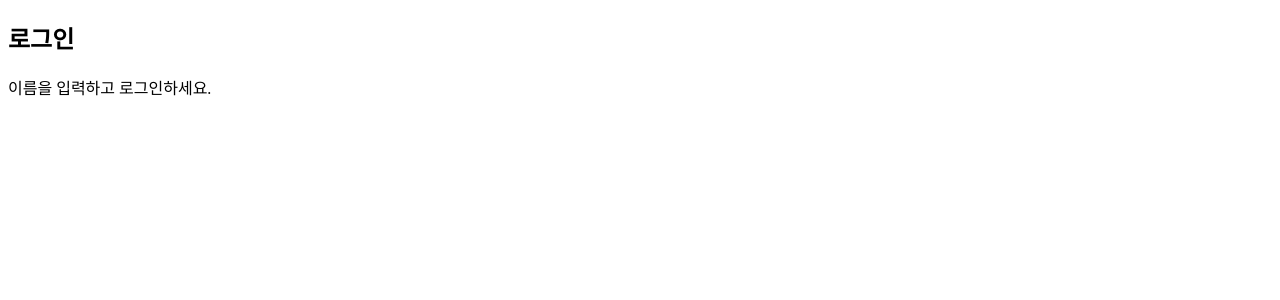
Repository: BancaKim/teamproject4
Page: http://localhost/JSP0503/session/login.jsp
An editor plug-in stored every save of this project. The page is shown before and after the next save, followed by the edit.
The browser window is 1280 px wide. The pictures show the whole page.
The page is served by Tomcat 9.

Above is the page before, as saved 2024-05-03 05:30:04.

After the next save:
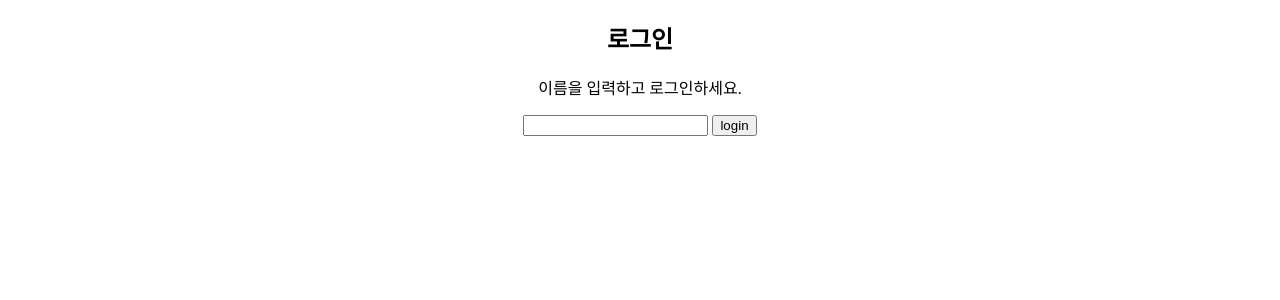
Saved 107 s later.
--- a/JSP0503/src/main/webapp/session/login.jsp
+++ b/JSP0503/src/main/webapp/session/login.jsp
@@ -7,9 +7,21 @@
 <title>Login Page</title>
 </head>
 <body>
-<div>
+<div align="center">
 	<h2>로그인</h2>
 	<p>이름을 입력하고 로그인하세요.
 </div>
+
+<div align="center">
+<form name="form1" method="post" action="setProduct.jsp">
+<input type="text" name="name"/>
+<input type="submit" value="login"/>
+
+</form>
+
+
+</div>
+
+
 </body>
 </html>
